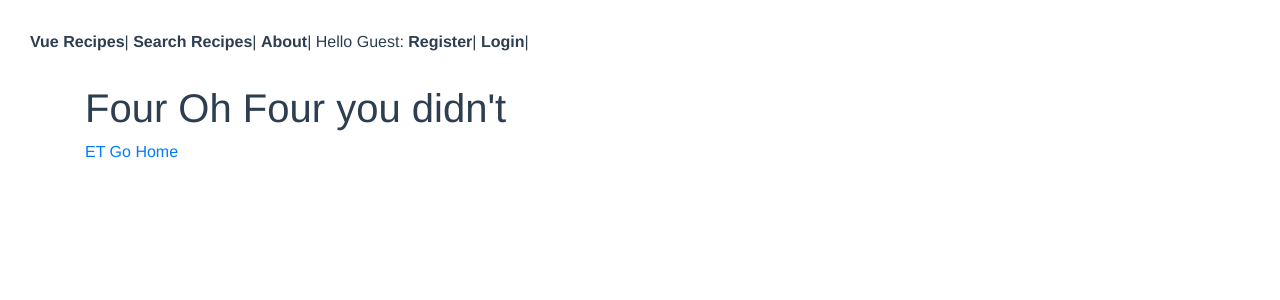
Repository: chenshor/cooking-site
Page: /#/FamilyList
An editor plug-in stored every save of this project. The page is shown before and after the next save, followed by the edit.
The browser window is 1280 px wide. The pictures show the whole page.
The page's requests for data from a server got no answer. The project was rebuilt for these pictures with package versions that can differ from the ones it lists, and the page was loaded fresh each time. No one was signed in, and anything a server would have sent is missing. Also part of the build but not shown: vue.config.js, src/components/RecipePreview.vue, src/components/RecipePreviewList.vue, src/pages/MainPage.vue, src/assets/cuisine.js, src/assets/diet.js, src/assets/intolerance.js, src/pages/SearchPage.vue and 4 more.

Above is the page before, as saved 2020-06-17 20:48:54.

After the next save:
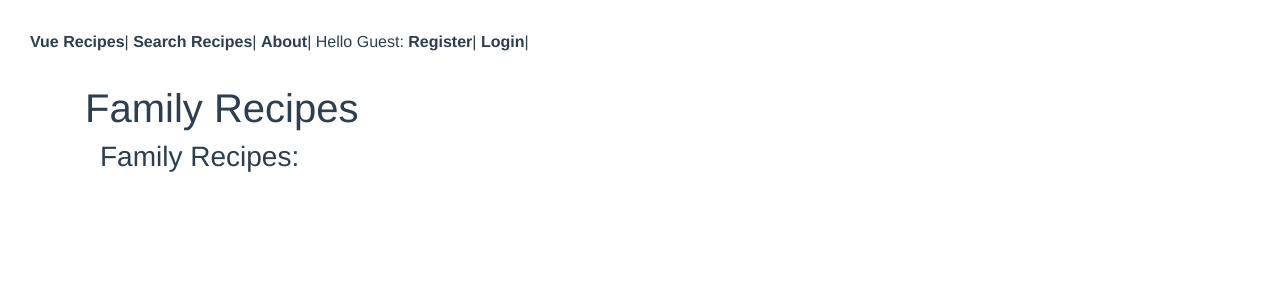
Saved 4 min 1 s later.
--- a/src/routes.js
+++ b/src/routes.js
@@ -43,7 +43,7 @@ const routes = [
     component: () => import("./pages/AboutPage"),
   },
   {
-    path: "/users/FamilyList",
+    path: "/FamilyList",
     name: "FamilyRecipes",
     component: () => import("./pages/FamilyRecipesPage"),
   },
